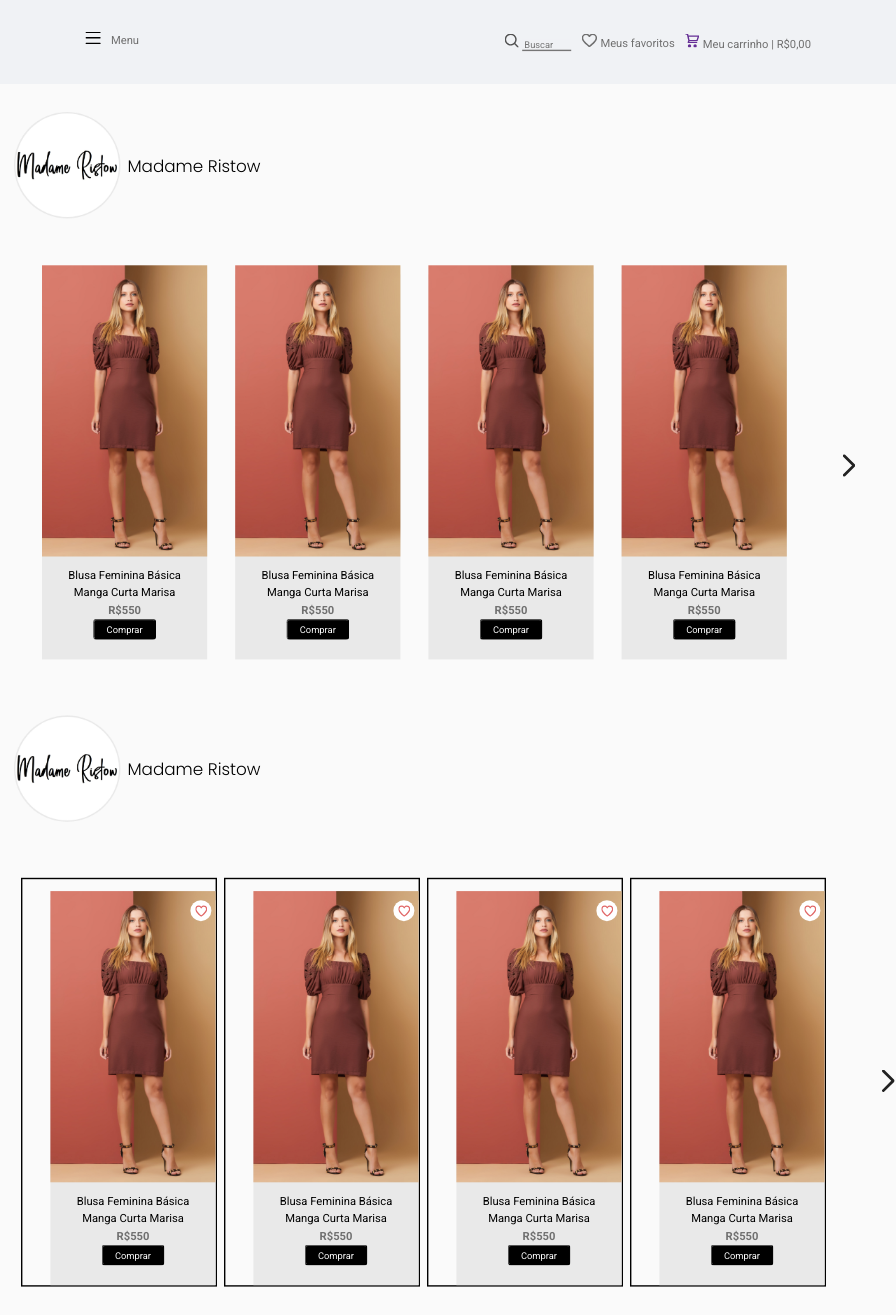
Repository: gutobarbosa/FrontEndLojaVirtual
Page: /
An editor plug-in stored every save of this project. The page is shown before and after the next save, followed by the edit.
The browser window is 1280 px wide. The pictures show the whole page, at 70% of full size.
The project was rebuilt for these pictures with package versions that can differ from the ones it lists, and the page was loaded fresh each time. Also part of the build but not shown: src/pages/Repository/styles.ts, src/services/api.ts, src/pages/Repository/index.tsx.

Above is the page before, as saved 2020-11-22 00:18:18.

After the next save:
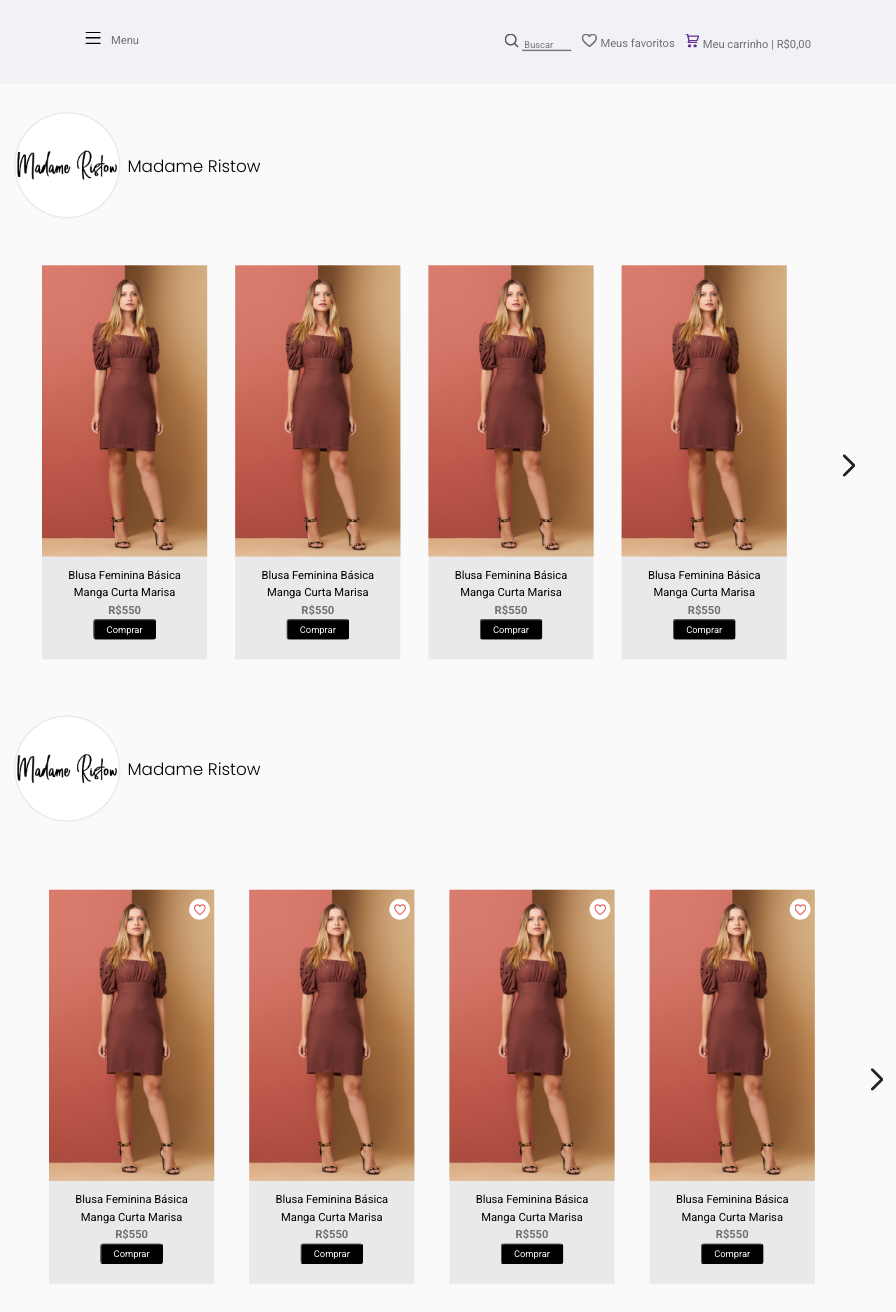
Saved 15 s later.
--- a/src/pages/Dashboard/styles.ts
+++ b/src/pages/Dashboard/styles.ts
@@ -35,7 +35,6 @@ align-items: center;
     .containerBox{
         width:100%;
         max-width: 300px;
-        border: 2px solid black;
         margin-left: 10px
     }
     .heart {
